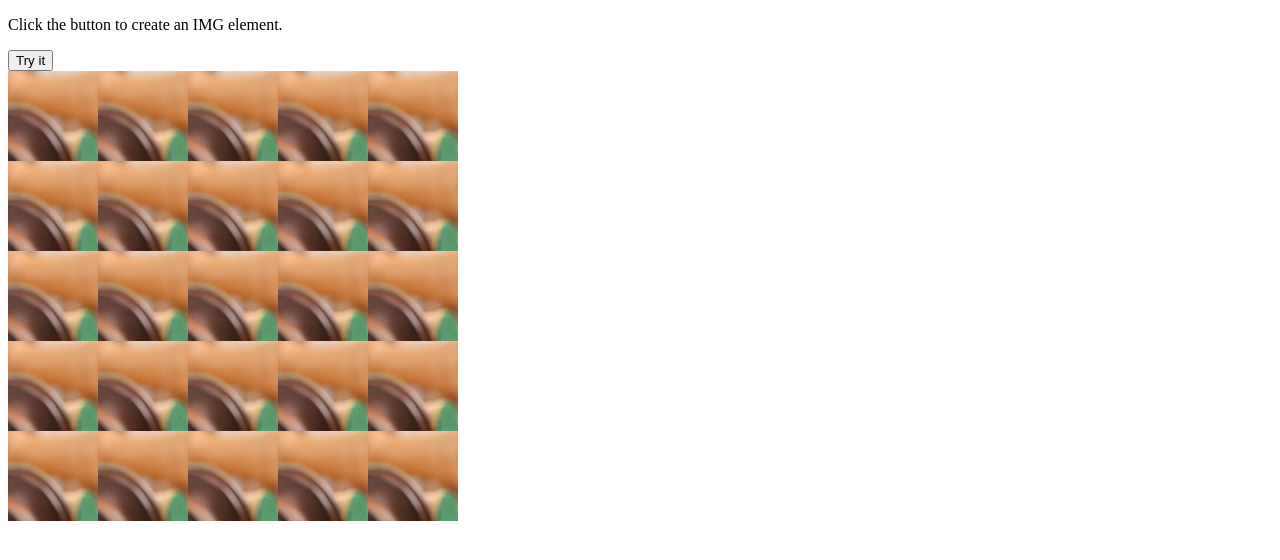
Repository: rashmikagamage/puzzle-vanila-js
Page: index.html
An editor plug-in stored every save of this project. The page is shown before and after a run of saves, followed by the edit.
The browser window is 1280 px wide. The pictures show the whole page.
After loading, the first visible `button` was clicked once.

Above is the page before, as saved 2020-08-05 21:25:48.

### index.html
<!DOCTYPE html>
<html>

<head>
    <link rel="stylesheet" type="text/css" href="./style.css">
</head>

<body>

    <p>Click the button to create an IMG element.</p>

    <button onclick="myFunction(5)">Try it</button>
    <div class="gridContainer" id="imgContainer"></div>
    <script src="./function.js">
    </script>

</body>

</html>

### style.css
.gridContainer {
    display: grid;
}

### function.js
function myFunction(num) {

    let cellSize = 450 / num + "px";
    let diff = 100 / num;
    let grid = "";
    let row = num;
    let col = num;
    let idCount = 0
    let xPosition = 40;
    let yPosition = 40;

    for (let i = 0; i < num; i++) {
        grid = grid + cellSize + " ";
    }

    document.getElementById("imgContainer").style.gridTemplateColumns = grid;

    for (let i = 0; i < row; i++) {

        let yPosition = 0;

        for (let j = 0; j < col; j++) {

            var x = document.createElement("div");
            x.style.width = cellSize;
            x.style.height = cellSize;
            x.style.backgroundImage = "url('./chess.jpg')"
            x.style.backgroundPosition = xPosition + "% " + yPosition + "%"
            x.id = "img" + idCount;
            document.getElementById("imgContainer").appendChild(x);
            // yPosition = yPosition + (100/num);
        }
        // xPosition = xPosition + (100/num);
    }
}

After the next 2 saves:
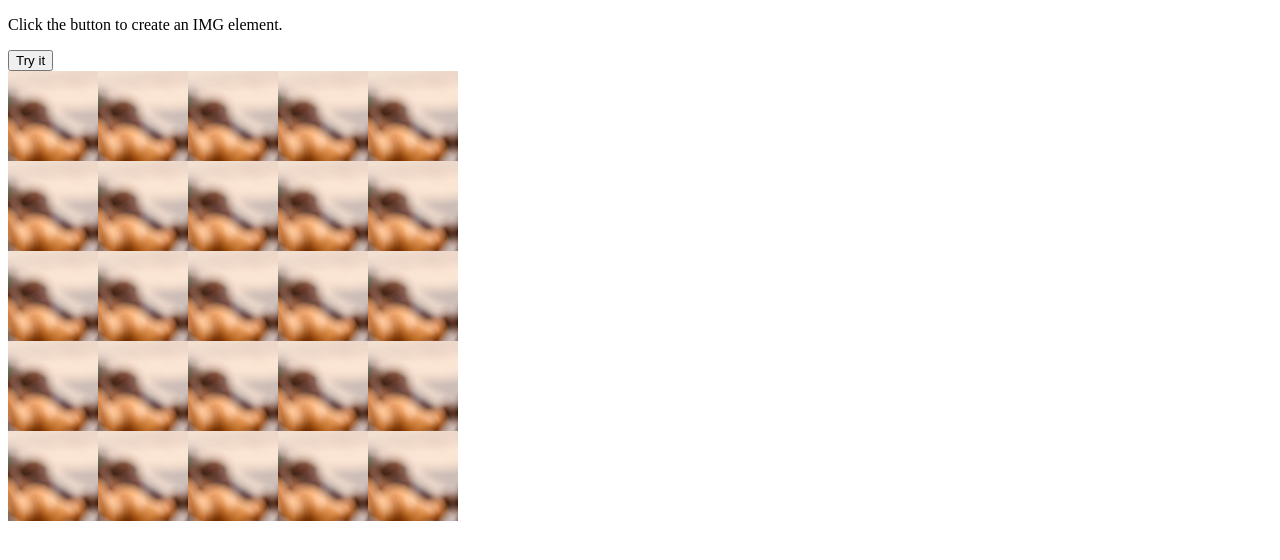
The 2 saves are shown as one change because they came seconds apart.
The last was saved 12 min 53 s later.
--- a/function.js
+++ b/function.js
@@ -6,8 +6,8 @@
     let row = num;
     let col = num;
     let idCount = 0
-    let xPosition = 40;
-    let yPosition = 40;
+    let xPosition = 0;
+    let yPosition = 0;
 
     for (let i = 0; i < num; i++) {
         grid = grid + cellSize + " ";
